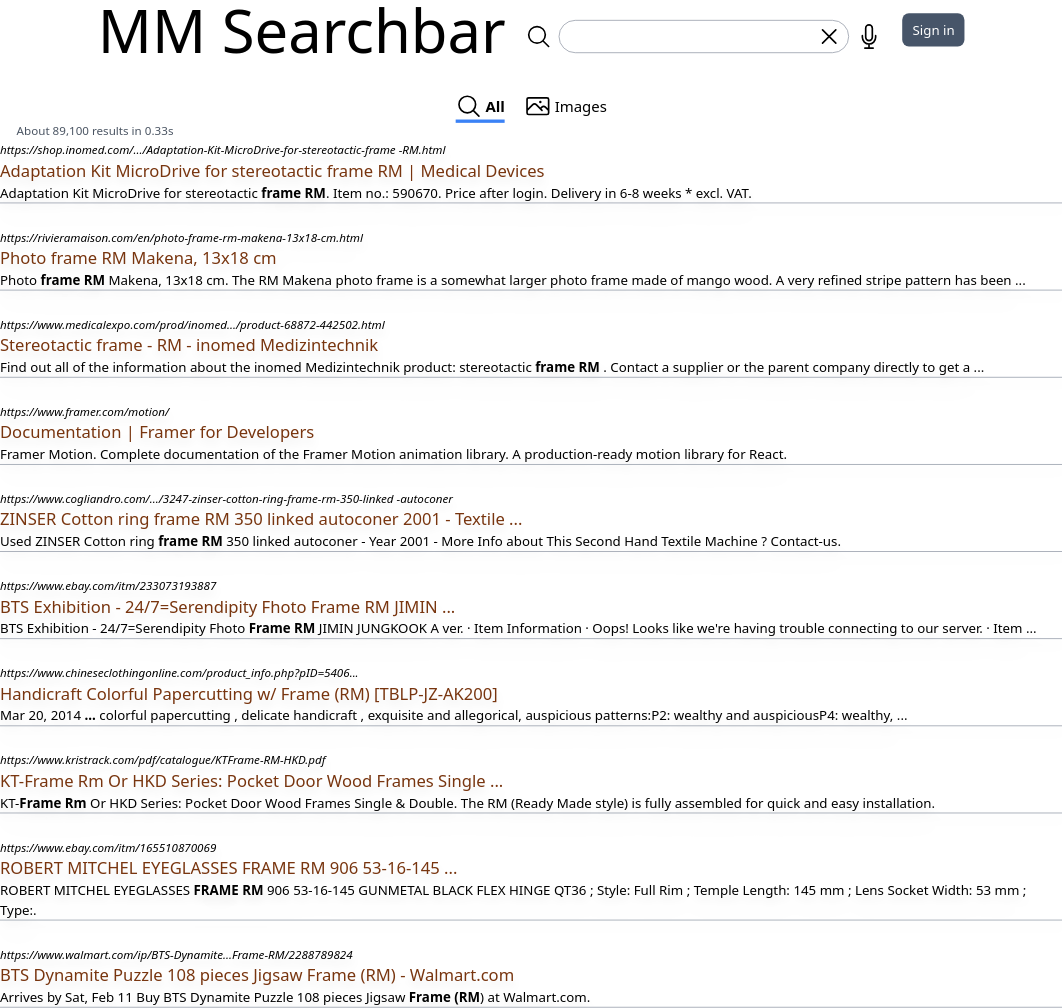
Repository: michalmilek/minigoogle
Page: /search
The author's editor kept a copy of each file at every save. The page is drawn from the files as they stood at one save, then again after the next save.
The browser window is 1280 px wide. The pictures show the whole page, at 83% of full size.
The page's requests for data from a server got no answer. The project was rebuilt for these pictures with package versions that can differ from the ones it lists, and the page was loaded fresh each time. The framework's server and built-in components were replaced by stand-ins that run in the browser. No one was signed in, and anything a server would have sent is missing. Also part of the build but not shown: next.config.js, Response.ts.

Above is the page before, as saved 2023-02-14 02:02:17.

### pages/_app.tsx
import '@/styles/globals.css'
import type { AppProps } from 'next/app'
import { SessionProvider } from "next-auth/react";

export default function App({ Component, pageProps }: AppProps) {
  return (
    <SessionProvider
      // Provider options are not required but can be useful in situations where
      // you have a short session maxAge time. Shown here with default values.
      session={pageProps.session}>
      <Component {...pageProps} />
    </SessionProvider>
  );
}

### pages/search.tsx
import SearchHeader from "@/components/SearchHeader";
import Head from "next/head";
import React from "react";
import SearchOptions from "@/components/SearchOptions";
import { GetServerSideProps } from "next";
import Response from "@/Response";
import SearchResults from "@/components/SearchResults";
import { useRouter } from "next/router";

const search = ({ results }: any) => {
  console.log(results);
  const router = useRouter();
  return (
    <div className="flex flex-col">
      <Head>
        <title>Search page</title>
        <meta
          name="description"
          content="Generated by create next app"
        />
        <meta
          name="viewport"
          content="width=device-width, initial-scale=1"
        />
        <link
          rel="icon"
          href="/favicon.ico"
        />
      </Head>

      <SearchHeader />
      <SearchOptions />
      <SearchResults results={results} />
    </div>
  );
};

export default search;

export async function getServerSideProps(ctx: any) {
  const mockData = true;
  const data = mockData
    ? Response
    : await fetch(
        `https://www.googleapis.com/customsearch/v1?key=${
          process.env.NEXT_PUBLIC_GOOGLE_API_KEY
        }&cx=${process.env.NEXT_PUBLIC_CONTEXT_KEY}&q=${ctx.query.term}${
          ctx.query.searchType === "image" ? "&searchType=image" : ""
        }`
      ).then((response) => response.json());

  return {
    props: {
      results: data,
    },
  };
}

### components/SearchHeader.tsx
import React, { FormEvent, useRef } from "react";
import {
  MagnifyingGlassIcon,
  MicrophoneIcon,
  XMarkIcon,
} from "@heroicons/react/24/outline";
import { useRouter } from "next/router";
import User from "./User";

const SearchHeader = () => {
  const router = useRouter();
  const inputSearchRef = useRef<HTMLInputElement>(null);

  const clearInput = () => {
    inputSearchRef.current!.value = "";
  };

  const search = (e: FormEvent) => {
    e.preventDefault();
    const term = inputSearchRef.current?.value;
    if (!term?.trim()) return;
    router.push(`/search?term=${term.trim()}&searchType=`);
  };

  return (
    <header className="sticky top-0 left-0 bg-white flex flex-row py-auto items-center justify-center gap-6 px-2 md:px-0">
      <h1 className="text-3xl lg:text-7xl">MM Searchbar</h1>
      <form
        onSubmit={search}
        className="flex items-center justify-center mt-4">
        <div className="flex flex-grow flex-shrink gap-2 items-center justify-center">
          <button type="submit">
            <MagnifyingGlassIcon className="h-8 cursor-pointer" />
          </button>
          <div className="relative flex justify-center items-center w-[90%] md:w-[350px]">
            <input
              type="text"
              defaultValue={router.query.term}
              ref={inputSearchRef}
              className="border transition-all outline-none ring-0 focus:drop-shadow-2xl  text-base w-[100%] h-[100%] px-4 py-2 border-gray-400 rounded-full"
            />
            <XMarkIcon
              onClick={() => clearInput()}
              className="cursor-pointer h-8 absolute top-[50%] right-2 translate-y-[-50%]"
            />
          </div>
          <MicrophoneIcon className="h-8 cursor-pointer" />
        </div>
      </form>
      <User />
    </header>
  );
};

export default SearchHeader;

### components/SearchOptions.tsx
import React, { useState } from "react";
import SearchOption from "./SearchOption";
import { MagnifyingGlassIcon, PhotoIcon } from "@heroicons/react/24/outline";
import { useRouter } from "next/router";

const SearchOptions = () => {
  const router = useRouter();
  const [selected, setSelected] = useState("All");
  return (
    <div className="flex gap-6 select-none w-full justify-center mt-10">
      <SearchOption
        title="All"
        Icon={MagnifyingGlassIcon}
        selected={selected}
        setSelected={setSelected}
      />
      <SearchOption
        title="Images"
        Icon={PhotoIcon}
        selected={selected}
        setSelected={setSelected}
      />
    </div>
  );
};

export default SearchOptions;

### components/SearchResults.tsx
import React from "react";
import Parser from "html-react-parser";

const SearchResults = ({ results }: any) => {
  return (
    <div className="w-screen">
      <p className="text-gray-600 text-sm pl-5">
        About {results.searchInformation.formattedTotalResults} results in{" "}
        {results.searchInformation.formattedSearchTime}s
      </p>
      <div className="flex flex-col gap-7">
        {results.items.map((result): any => (
          <div
            key={result.link}
            className="border-b border-gray-400 drop-shadow-xl">
            <div className="group">
              <a
                className="truncate text-sm italic"
                href={result.link}>
                {result.formattedUrl}
              </a>
              <a href={result.link}>
                <h2 className="group-hover:underline truncate text-xl font-medium text-amber-900 decoration-amber-900">
                  {result.title}
                </h2>
              </a>
            </div>
            <p>{Parser(result.htmlSnippet)}</p>
          </div>
        ))}
      </div>
    </div>
  );
};

export default SearchResults;

### components/User.tsx
import React from "react";
import { useSession, signIn, signOut } from "next-auth/react";

const User = () => {
  const { data: session } = useSession();
  return (
    <>
      {session ? (
        <img
          onClick={() => signOut()}
          src={session.user?.image!}
          alt={session.user?.name!}
          className="h-[50px] w-[50px] object-cover rounded-full"
        />
      ) : (
        <button
          className="bg-slate-600 text-white px-3 py-2 rounded-lg"
          onClick={() => signIn()}>
          Sign in
        </button>
      )}
    </>
  );
};

export default User;

### components/SearchOption.tsx
import { type } from "os";
import React, {
  Dispatch,
  ForwardRefExoticComponent,
  SetStateAction,
  SVGProps,
  useRef,
} from "react";
import { MagnifyingGlassIcon, PhotoIcon } from "@heroicons/react/24/outline";
import { useRouter } from "next/router";

type props = {
  title: string;
  Icon: React.ForwardRefExoticComponent<
    React.SVGProps<SVGSVGElement> & {
      title?: string | undefined;
      titleId?: string | undefined;
    }
  >;
  selected: string;
  setSelected: Dispatch<SetStateAction<string>>;
};

const SearchOption = ({ title, Icon, selected, setSelected }: props) => {
  const router = useRouter();
  const divRef = useRef<HTMLDivElement>(null);

  const selectTab = (title: any) => {
    if (title === "All") {
      setSelected("All");
      router.push(`/search?term=${router.query.term}&type=all`);
    }
    if (title === "Images") {
      router.push(`/search?term=${router.query.term}&type=image`);
      setSelected("Images");
    }
  };
  return (
    <div
      onClick={() => selectTab(title)}
      ref={divRef}
      className={`flex flex-col md:flex-row ${
        selected === title
          ? "border-b-blue-500 font-bold"
          : "border-b-transparent"
      } transition-all border-b-4 md:gap-1 items-center justify-center`}>
      <Icon className="h-5 md:h-8" />
      <p className="md:text-lg">{title}</p>
    </div>
  );
};

export default SearchOption;

Loaded but not shown: pages/_document.tsx (common file); styles/globals.css (common file); tailwind.config.js (common file)

After the next save:
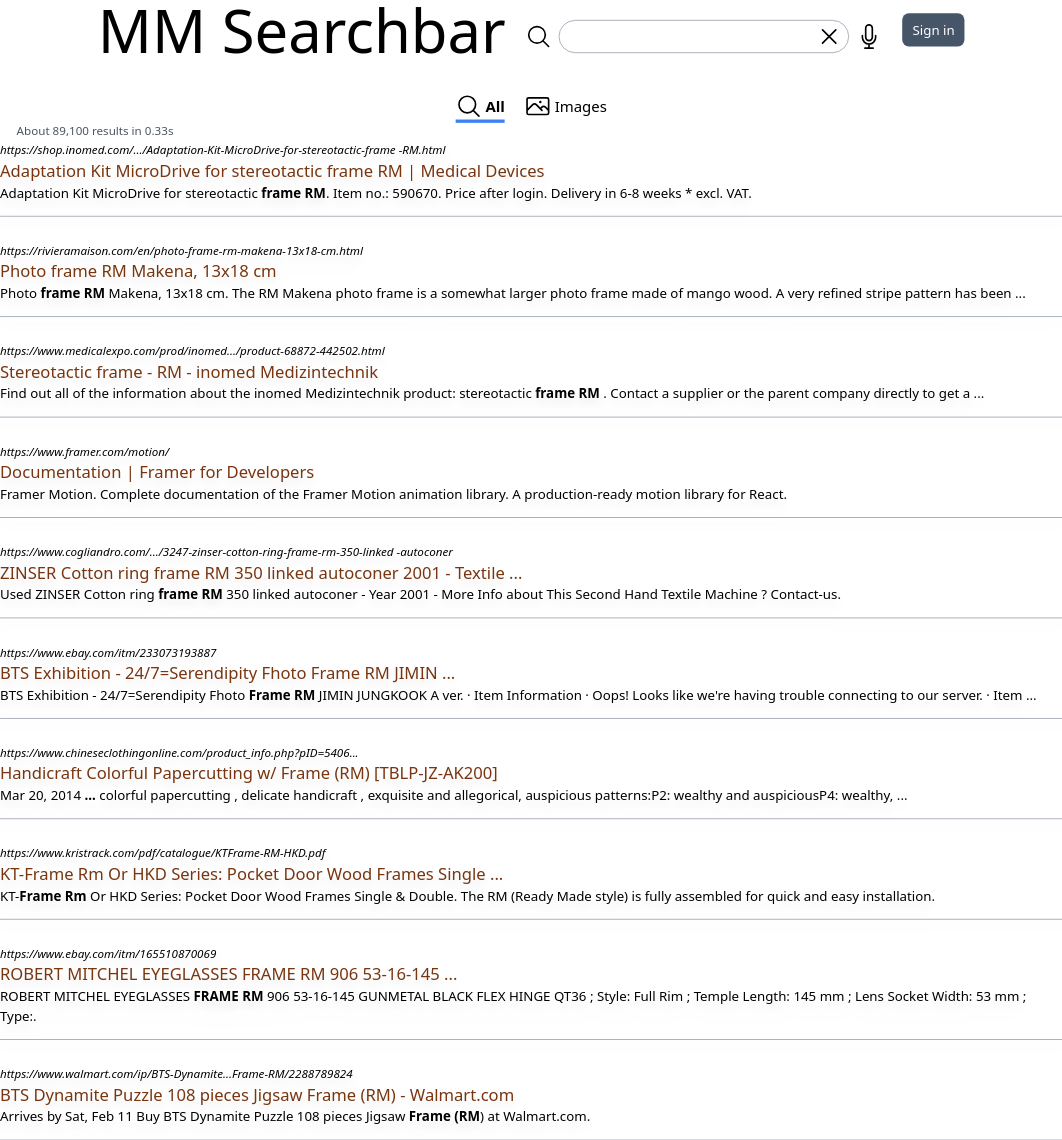
Saved 8 s later.
--- a/components/SearchResults.tsx
+++ b/components/SearchResults.tsx
@@ -12,7 +12,7 @@
         {results.items.map((result): any => (
           <div
             key={result.link}
-            className="border-b border-gray-400 drop-shadow-xl">
+            className="border-b pb-4 border-gray-400 drop-shadow-xl">
             <div className="group">
               <a
                 className="truncate text-sm italic"
